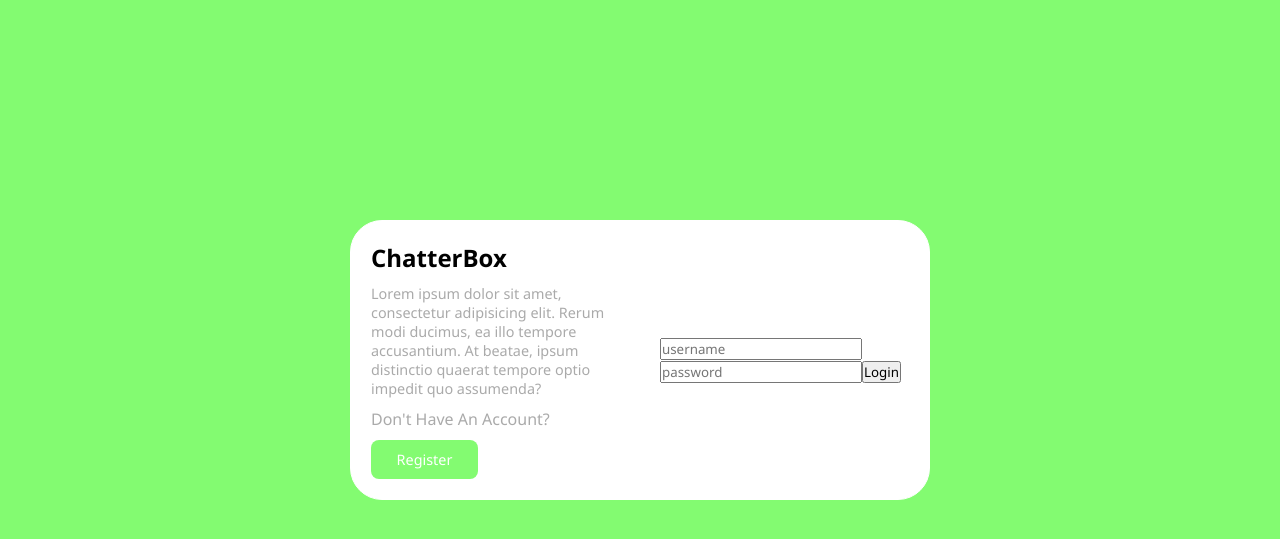
Repository: Habeebur1493/social-media-app
Page: /signup
These files come from the project's save history. The page is drawn as it stood at one moment and after the next save; the edit follows.
The browser window is 1280 px wide. The pictures show the whole page.
The project was rebuilt for these pictures with package versions that can differ from the ones it lists, and the page was loaded fresh each time. Also part of the build but not shown: vite.config.js.

Above is the page before, as saved 2025-01-28 00:56:43.

### src/App.jsx
import './App.css'
import Layout from './Layout/layout'

function App() {

  return (
    <>
      <Layout />

    </>
  )
}

export default App

### src/App.css
*{
  margin: 0;
  padding: 0;
  box-sizing: border-box;
  text-align: none;
  list-style: none;
  font-family: 'Segoe UI', Tahoma, Geneva, Verdana, sans-serif;
}

:root{
  --color-primary:#83fb71;
  --text-color: black;
  --color-bg:rgb(236, 236, 236);
  --color-card: white;
  --color-soft:#aaaaaa;
  --color-border:lightgray;
  --color-red:red;
}

.container{
  max-width: 991px;
  width: 100%;
  margin: 0 auto;
}
h1,h2,h3,h4,h5{
  font-weight: 600;
  color: var(--text-color);
}
img{
  width: 100%;
  display: block;
  object-fit: cover;
}
.user{
  display: flex;
  align-items: center;
  gap: 10px;
}
.user img{
  width: 33px;
  aspect-ratio: 1/1;
  border-radius: 50%;
}
.user h4{
  color: var(--color-primary)
}
body{
  background: var(--color-bg);
  color: var(--color-soft);
}
small,p{
  color: var(--color-soft);
}
.btn{
  padding: .6rem 1.6rem;
  display: inline-block;
  width: fit-content;
  cursor: pointer;
  border-radius: .5rem;
  font-size: .9rem;
  font-weight: 500;
  transition: .3s ease;
  border: none;
}
.btn:hover{
  opacity: .7;
}
.btn-primary{
  background: var(--color-primary);
  color: white;
}

.btn-red{
  background: var(--color-red);
  color: white;
}

### src/Layout/layout.jsx
import React from 'react'

//Pages.....


import Login from '../pages/login/Login'

export default function layout() {
    return (
        <>
                <Login/>
        </>
    )
}

### src/pages/login/Login.jsx
import React from 'react'

import './login.css'

export default function Login() {
  return (
    <div className="login">
        <div className='card'>
        <div className="left">
            <h2>ChatterBox</h2>
            <p>Lorem ipsum dolor sit amet, consectetur adipisicing elit. Rerum modi ducimus, ea illo tempore accusantium. At beatae, ipsum distinctio quaerat tempore optio impedit quo assumenda?</p>
            <span>Don't Have An Account?</span>
            <button className='btn btn-primary'>Register</button>
        </div>
        <div className="right">
            <input type="text" required placeholder='username'/>
            <input type="password" required placeholder='password'/>
            <button type='submit'>Login</button>
        </div>
    </div>
    </div>


  )
}

### src/pages/login/login.css
.login{
    background: var(--color-primary);
    height: 100vh;
    width: 100%;
    display: flex;
    align-items: center;
    justify-content: center;
}

.login .card{
    display: flex;
    align-items: center;
    width: 580px;
    background: white;
    border: 1px solid white;
    border-radius: 2rem;
    overflow: hidden;
}

.login .card .left{
    flex: 1;
    display: flex;
    flex-direction: column;
    gap: 10px;
    padding: 20px;
}

.login .card .left p{
    font-size: .9rem;
}
.login .card span{
    color: var (--color-primary);
}
.login .btn{
    border: none
}
.login .card .right{
    flex: 1;
}

Loaded but not shown: index.html (common file); src/main.jsx (common file)

After the next save:
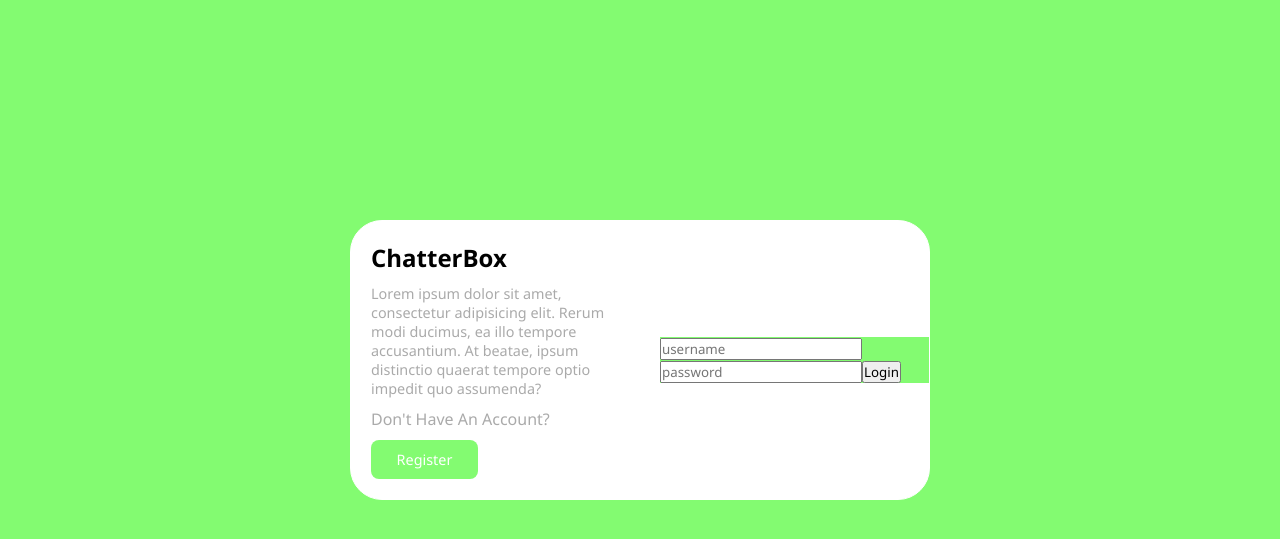
Saved 89 s later.
--- a/src/pages/login/login.css
+++ b/src/pages/login/login.css
@@ -24,6 +24,9 @@
     gap: 10px;
     padding: 20px;
 }
+.login h1{
+    color: var(--color-primary);
+}
 
 .login .card .left p{
     font-size: .9rem;
@@ -31,9 +34,8 @@
 .login .card span{
     color: var (--color-primary);
 }
-.login .btn{
-    border: none
-}
+
 .login .card .right{
     flex: 1;
+    background: var(--color-primary);
 }
